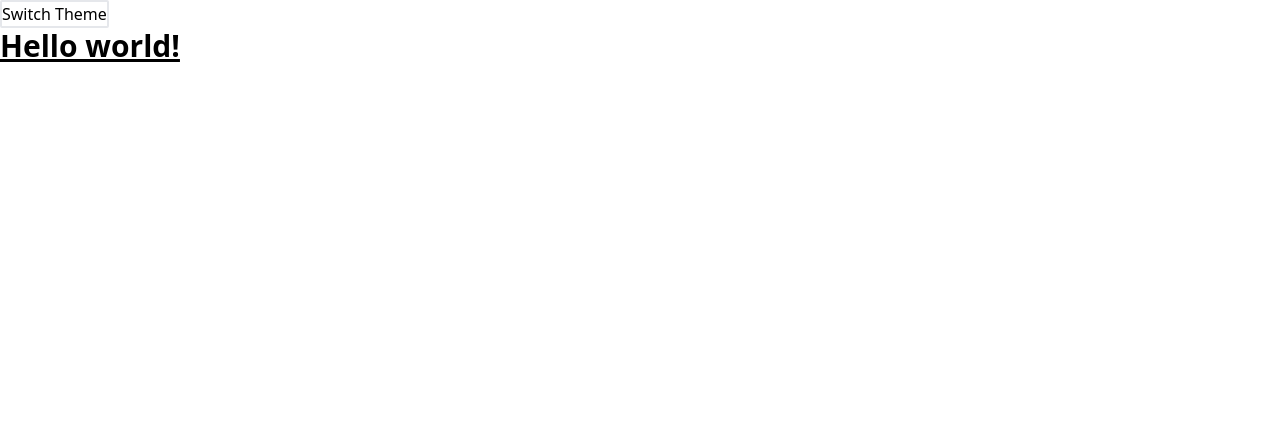
Repository: halilgoksu/js-react-theme
Page: /
These files come from the project's save history. The page is drawn as it stood at one moment and after a run of saves; the edit follows.
The browser window is 1280 px wide. The pictures show the whole page.
The project was rebuilt for these pictures with package versions that can differ from the ones it lists, and the page was loaded fresh each time.

Above is the page before, as saved 2023-01-18 22:08:55.

### src/App.js
import { useState } from 'react';
import { ThemeContext } from './ThemeContext';
import MyComponent from './MyComponent';
import { themes } from './themes';


function App() {
  const [currentTheme, setCurrentTheme] = useState(themes.light);
  const switchTheme = () => {
      setCurrentTheme(currentTheme === themes.light ? themes.dark : themes.light);
  }
  return (
    <div style={{
      backgroundColor: currentTheme.primaryColor,
      color: currentTheme.secondaryColor,
    }} className="h-screen w-full">
       <ThemeContext.Provider value={{currentTheme, switchTheme}}>
        <MyComponent />
    </ThemeContext.Provider>
    </div>
  );
}

export default App;

### src/ThemeContext.js
import React from "react";

export const ThemeContext = React.createContext();

### src/MyComponent.js
import { useContext } from "react";
import { ThemeContext } from "./ThemeContext";

function MyComponent() {
  const { currentTheme, switchTheme } = useContext(ThemeContext);

  return (
    <div>
      <button className="border-2 rounded-sm " onClick={switchTheme}>Switch Theme</button>
      <div>
        <h1 className="text-3xl font-bold underline">Hello world!</h1>
      </div>
    </div>
  );
}
export default MyComponent;

### src/themes.js
export const themes = {
    light: {
      primaryColor: 'white',
      secondaryColor: 'black',
      fontFamily: 'Arial'
    },
    dark: {
      primaryColor: 'black',
      secondaryColor: 'white',
      fontFamily: 'Arial'
    }
  };

Loaded but not shown: public/index.html (common file); src/index.js (common file); src/index.css (common file); tailwind.config.js (common file)

After the next 7 saves:
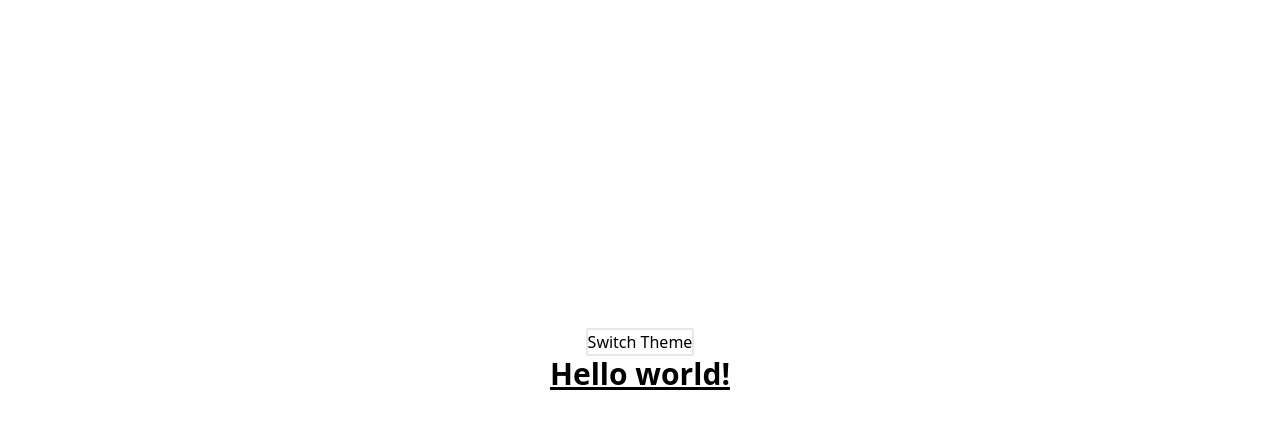
The 7 saves are shown as one change because they came seconds apart.
The last was saved 18 s later.
--- a/src/App.js
+++ b/src/App.js
@@ -13,7 +13,7 @@ function App() {
     <div style={{
       backgroundColor: currentTheme.primaryColor,
       color: currentTheme.secondaryColor,
-    }} className="h-screen w-full">
+    }} className="h-screen w-full flex justify-center items-center text-center">
        <ThemeContext.Provider value={{currentTheme, switchTheme}}>
         <MyComponent />
     </ThemeContext.Provider>
